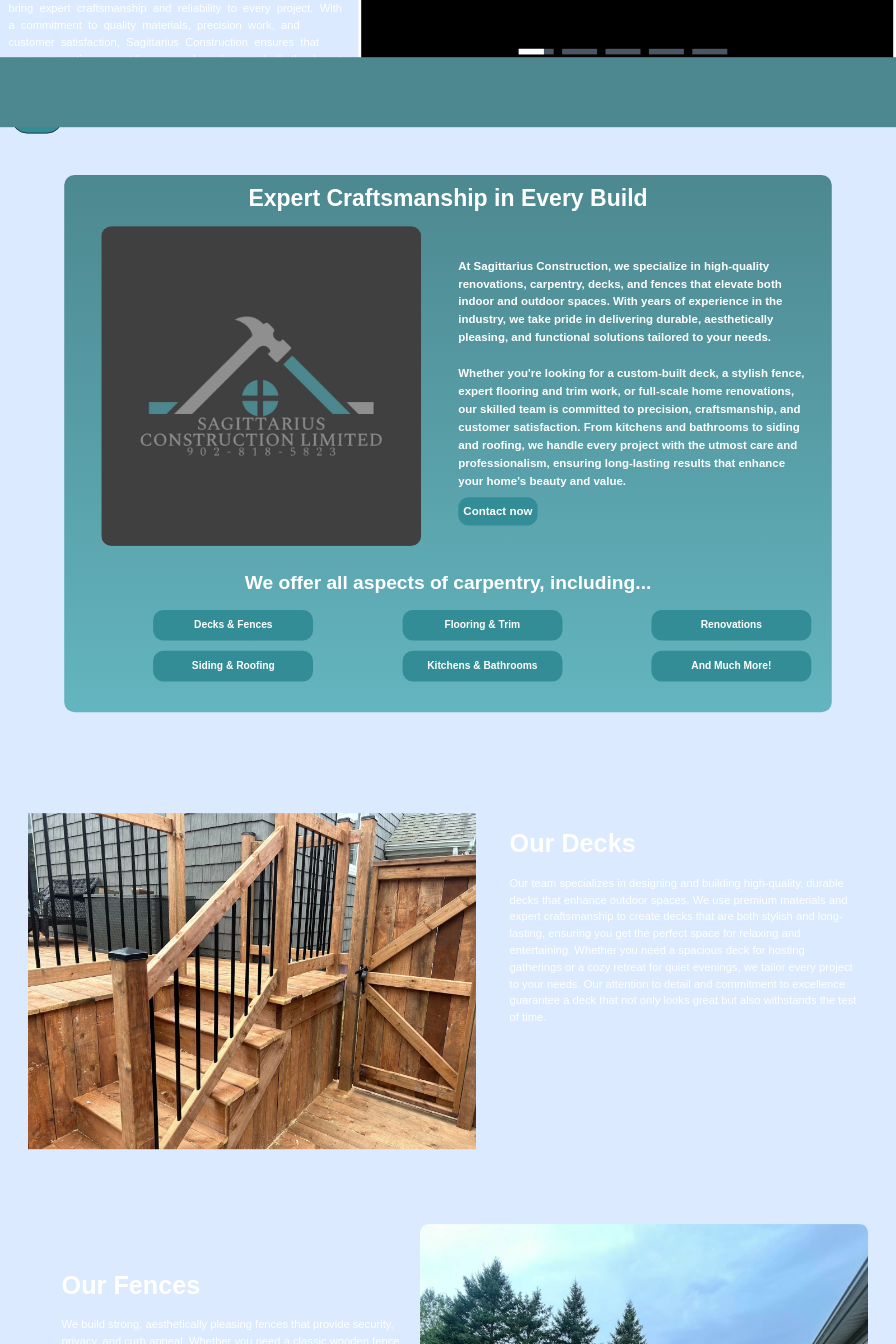
Repository: TMuse333/sagittarius
Page: / (app in frontend/)
An editor plug-in stored every save of this project. The page is shown before and after a run of saves, followed by the edit.
The browser window is 1280 px wide. The pictures show the part of the page from y = 554 to 2474 px (the page is 9340 px tall before and 10004 px after), at 70% of full size.
The project was rebuilt for these pictures with package versions that can differ from the ones it lists, and the page was loaded fresh each time. The framework's server and built-in components were replaced by stand-ins that run in the browser. Also part of the build but not shown: frontend/next.config.ts.

Above is the page before, as saved 2025-03-17 19:23:25.

After the next 2 saves:
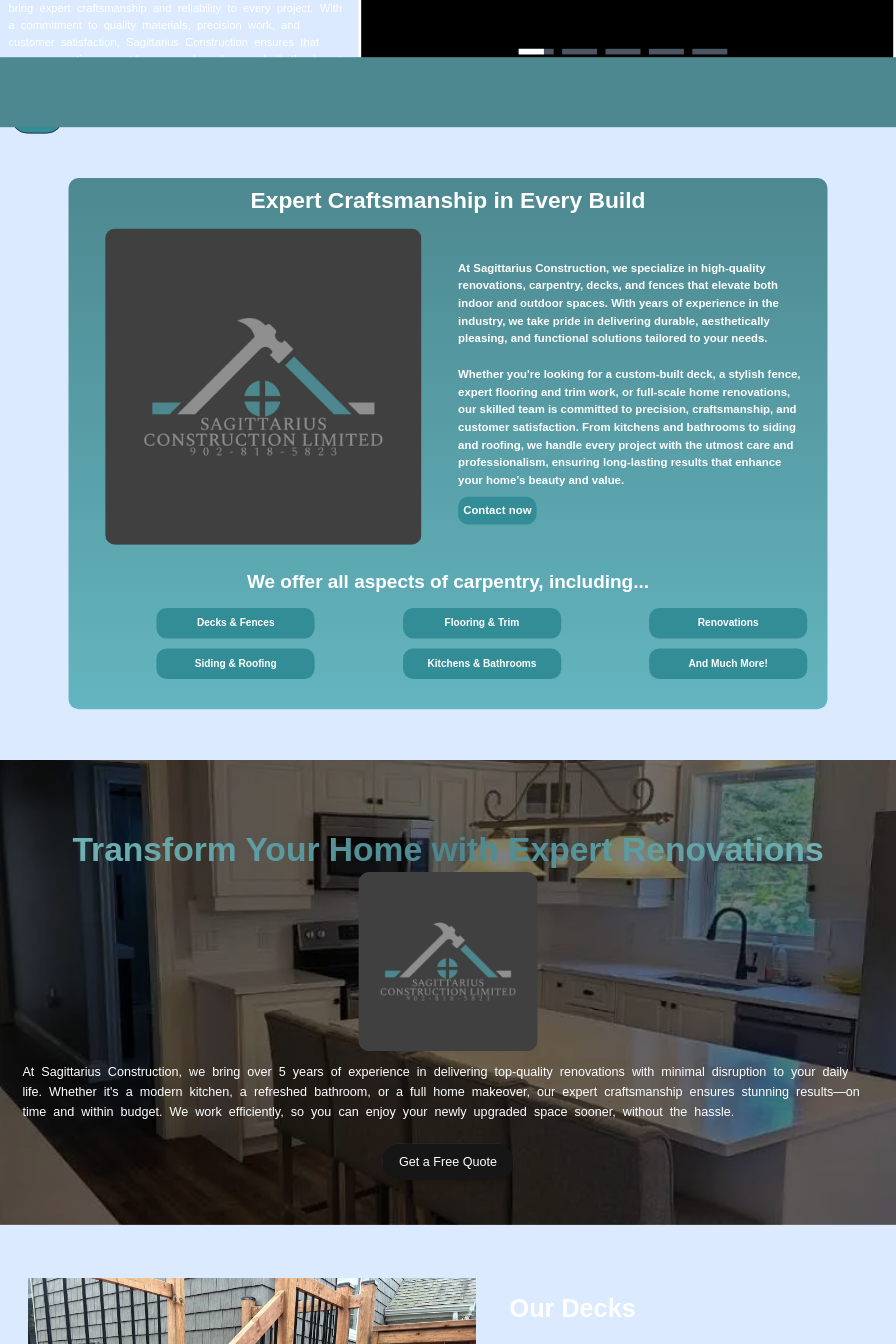
The 2 saves are shown as one change because 1 did not build or start.
The last was saved 20 s later.
--- a/frontend/src/pageComponents/homePage.tsx
+++ b/frontend/src/pageComponents/homePage.tsx
@@ -12,6 +12,7 @@
 import Navbar from "@/components/navbar/navbar";
 import TextAndList from "@/components/textAndList/textAndList";
 import AppearingGradient from "@/components/textAnimations/appearingGradient/appearingGradient";
+import VerticalImageTextBox from "@/components/verticalImageText/verticalImageText";
 import { carouselHeroData, experienceCardData,
      testimonials,
       textAndListData,
@@ -19,7 +20,8 @@
 imageTextBoxData,
 deckTextBox,
 fenceTextBox,
-aspectsData} from "@/data/homeData";
+aspectsData,
+renovationIntro} from "@/data/homeData";
 import React from "react";
 
 
@@ -83,6 +85,10 @@
 
 
 <section id='work'>
+
+    <VerticalImageTextBox
+    {...renovationIntro}
+    />
 
     <ImageTextBox
     {...deckTextBox}
